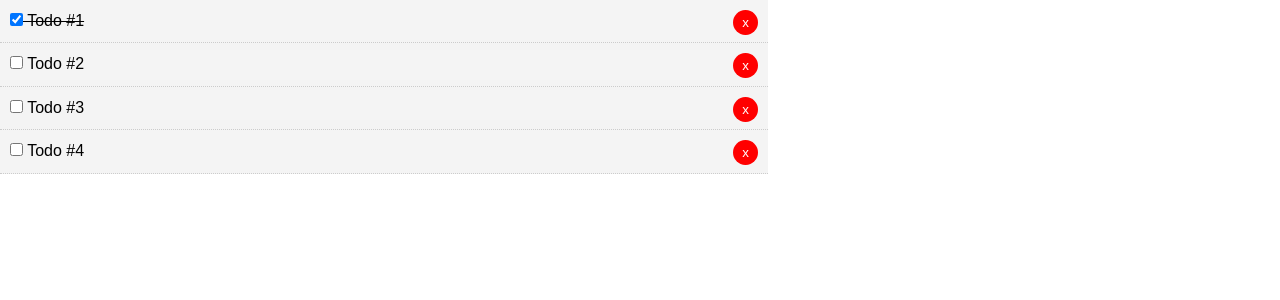
Repository: n0rthern-light/vuejs-taskmanager
Page: /
An editor plug-in stored every save of this project. The page is shown before and after the next save, followed by the edit.
The browser window is 1280 px wide. The pictures show the whole page.
The project was rebuilt for these pictures with package versions that can differ from the ones it lists, and the page was loaded fresh each time.

Above is the page before, as saved 2019-02-18 15:34:56.

### src/App.vue
<template>
  <div id="app">
    <h3>{{msg}}</h3>
    <Todos :todos="todos" v-on:del-todo="delTodo" v-on:update-array="updateArr"/>
  </div>
</template>

<script>

import Todos from '@/components/Todos.vue';

export default {
  name: 'app',
  components: {
    Todos
  },
  data() {
    return {
      todos: [
        {
          id: 1,
          title: 'Todo #1',
          completed: true
        },
        {
          id: 2,
          title: 'Todo #2',
          completed: false
        },
        {
          id: 3,
          title: 'Todo #3',
          completed: false
        },
        {
          id: 4,
          title: 'Todo #4',
          completed: false
        }
      ],
      msg: ''
    }
  },
  methods: {
    /* eslint-disable */
    setCookie(cname, cvalue, exdays) {
      var d = new Date();
      d.setTime(d.getTime() + (exdays*24*60*60*1000));
      var expires = "expires="+ d.toUTCString();
      document.cookie = cname + "=" + cvalue + ";" + expires + ";path=/";
    },
    getCookie(cname) {
      var name = cname + "=";
      var decodedCookie = decodeURIComponent(document.cookie);
      var ca = decodedCookie.split(';');
      for(var i = 0; i <ca.length; i++) {
        var c = ca[i];
        while (c.charAt(0) == ' ') {
          c = c.substring(1);
        }
        if (c.indexOf(name) == 0) {
          return c.substring(name.length, c.length);
        }
      }
      return "";
    },
    delTodo(id) {
      console.log('delTodo');
      this.todos = this.todos.filter((el) => el.id !== id);
    },
    updateArr(obj) {
      console.log('updateArr');
      this.todos = this.todos.
      map((el) => el.id === obj.id ? obj : el).
      sort((a, b) => a.id - b.id).
      sort((a, b) => a.completed - b.completed);

      this.setCookie('todos', JSON.stringify(this.todos), 60)
    }

  },
  mounted() {
    console.log('mounted');
    this.todos = JSON.parse(this.getCookie('todos'));

    this.todos = this.todos.sort((a, b) => a.id - b.id).
      sort((a, b) => a.completed - b.completed);
  }
}
</script>

<style>
* {
  box-sizing: border-box;
  margin: 0;
  padding: 0;
}

body {
  font-family: Arial, Helvetica, sans-serif;
  line-height: 1.4;
}
</style>

### src/components/Todos.vue
<template>
  <div class="container">
    <div v-for="todo in todos" :key="todo.id">
      <TodoItem :todo="todo" v-on:del-todo="$emit('del-todo', todo.id)" v-on:update-array="$emit('update-array', todo)"/>
    </div>
  </div>
</template>

<script>
import TodoItem from './TodoItem.vue';

export default {
  components: {
    TodoItem
  },
  name: 'Todos',
  props: ['todos']
}
</script>

<style scoped>
.container {
  width: 80%;
  max-width: 768px;
  display: flex;
  flex-direction: column;
}

.container div {
  flex: 1;
}
</style>

### src/components/TodoItem.vue
<template>
  <div class="todo-item" :class="{'is-complete':todo.completed}">
    <p>
      <input type="checkbox" v-on:change="markComplete(); $emit('update-array', todo);" :checked="this.todo.completed">
      {{todo.title}}
      <button @click="$emit('del-todo', todo.id)" class="del">x</button>
    </p>
  </div>
</template>

<script>
export default {
  name: 'TodoItem',
  props: ['todo'],
  methods: {
    markComplete () {
      this.todo.completed = !this.todo.completed;
    }
  },
  mounted () {

  }
}
</script>

<style scoped>
  .todo-item {
    background: #f4f4f4;
    padding: 10px;
    border-bottom: 1px #ccc dotted;
  }

  .is-complete {
    text-decoration: line-through;
  }

  .del {
    background: #ff0000;
    color: #fff;
    border: none;
    padding: 5px 9px;
    border-radius: 50%;
    cursor: pointer;
    float: right;
  }
</style>

Loaded but not shown: src/main.js (common file)

After the next save:
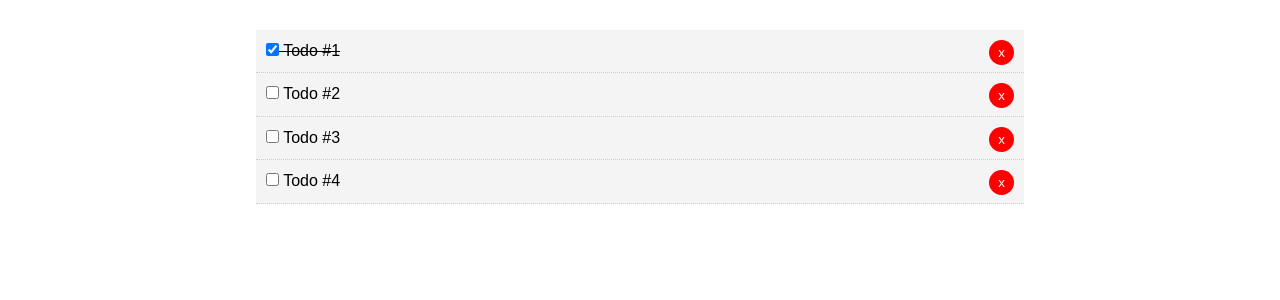
Saved 15 s later.
--- a/src/components/Todos.vue
+++ b/src/components/Todos.vue
@@ -20,6 +20,7 @@ export default {
 
 <style scoped>
 .container {
+  margin: 30px auto 0 auto;
   width: 80%;
   max-width: 768px;
   display: flex;
